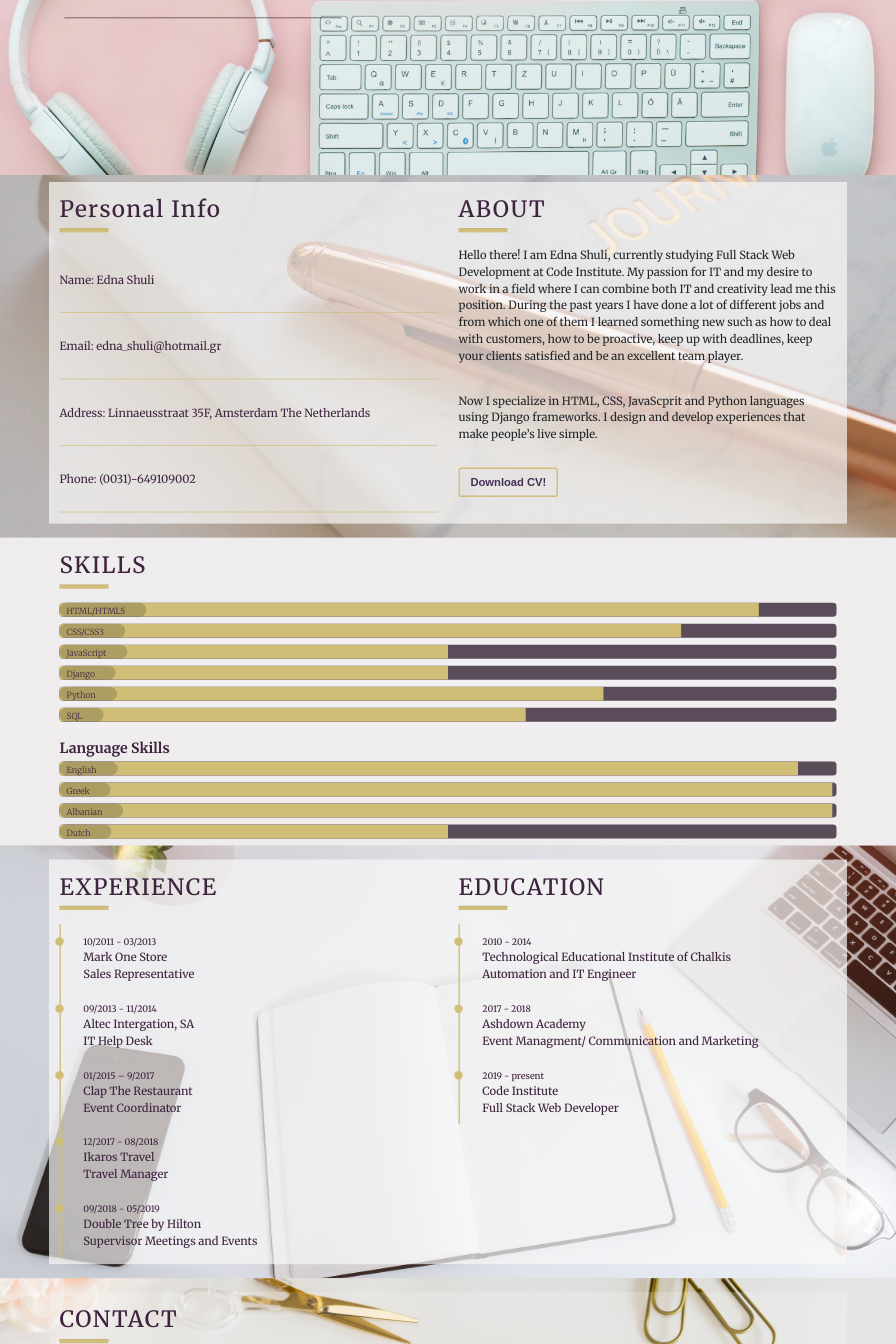
Repository: edshuli/Portfolio
Page: index.html
The author's editor kept a record of every edit. The page is drawn from the files as they stood at one moment, then again after the next edit.
The browser window is 1280 px wide. The pictures show the part of the page from y = 470 to 2390 px (the page is 2888 px tall before and 2870 px after), at 70% of full size.
Backgrounds fixed to the window are drawn as part of the page. Some web fonts or font styles are not loaded; a fallback is used.

Above is the page before.

After the next edit:
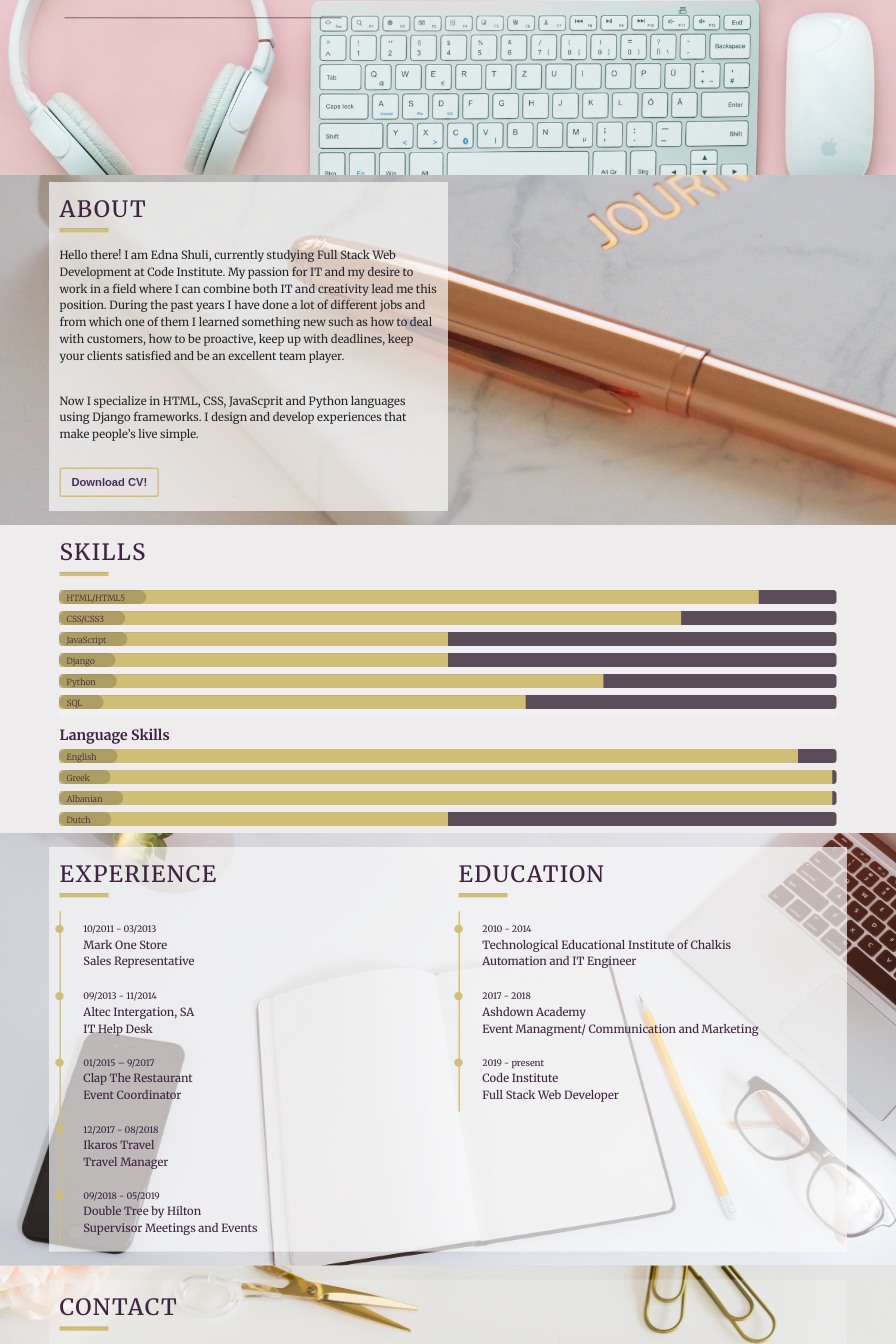
The edit:
--- a/index.html
+++ b/index.html
@@ -58,18 +58,6 @@
     <section class="aboutme" id="about">
         <div class="container aboutme-container">
             <div class="row">
-                <div class="col-md-6 personalinfo-container">
-                    <div class="personal-info">
-                        <h2 class="uppercase">Personal Info</h2>
-                        <hr class="title-divider">
-                        <ul>
-                            <li>Name: Edna Shuli</li>
-                            <li>Email: <a href="mailto:edna_shhuli@hotmail.gr">edna_shuli@hotmail.gr</a></li>
-                            <li>Address: Linnaeusstraat 35F, Amsterdam The Netherlands</li>
-                            <li>Phone: (0031)-649109002</li>
-                        </ul>
-                    </div>
-                </div>
                 <div class="col-md-6 about-container">
                     <h2 class="text-uppercase">About</h2>
                     <hr class="title-divider">
